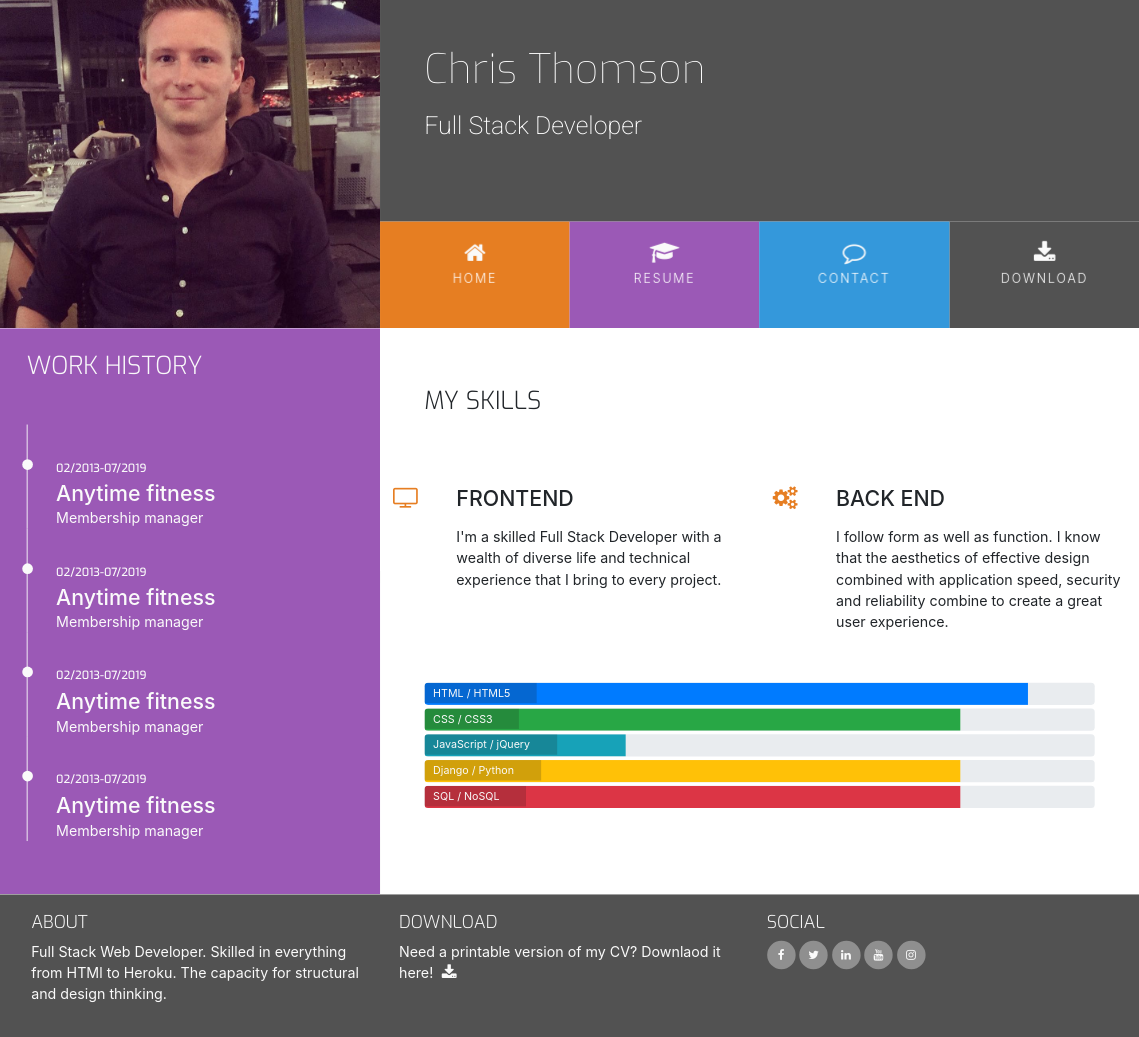
Repository: cthoms1993/Resume
Page: resume.html
The author's editor kept a record of every edit. The page is drawn from the files as they stood at one moment, then again after the next edit.
The browser window is 1280 px wide. The pictures show the whole page, at 89% of full size.

Above is the page before.

After the next edit:
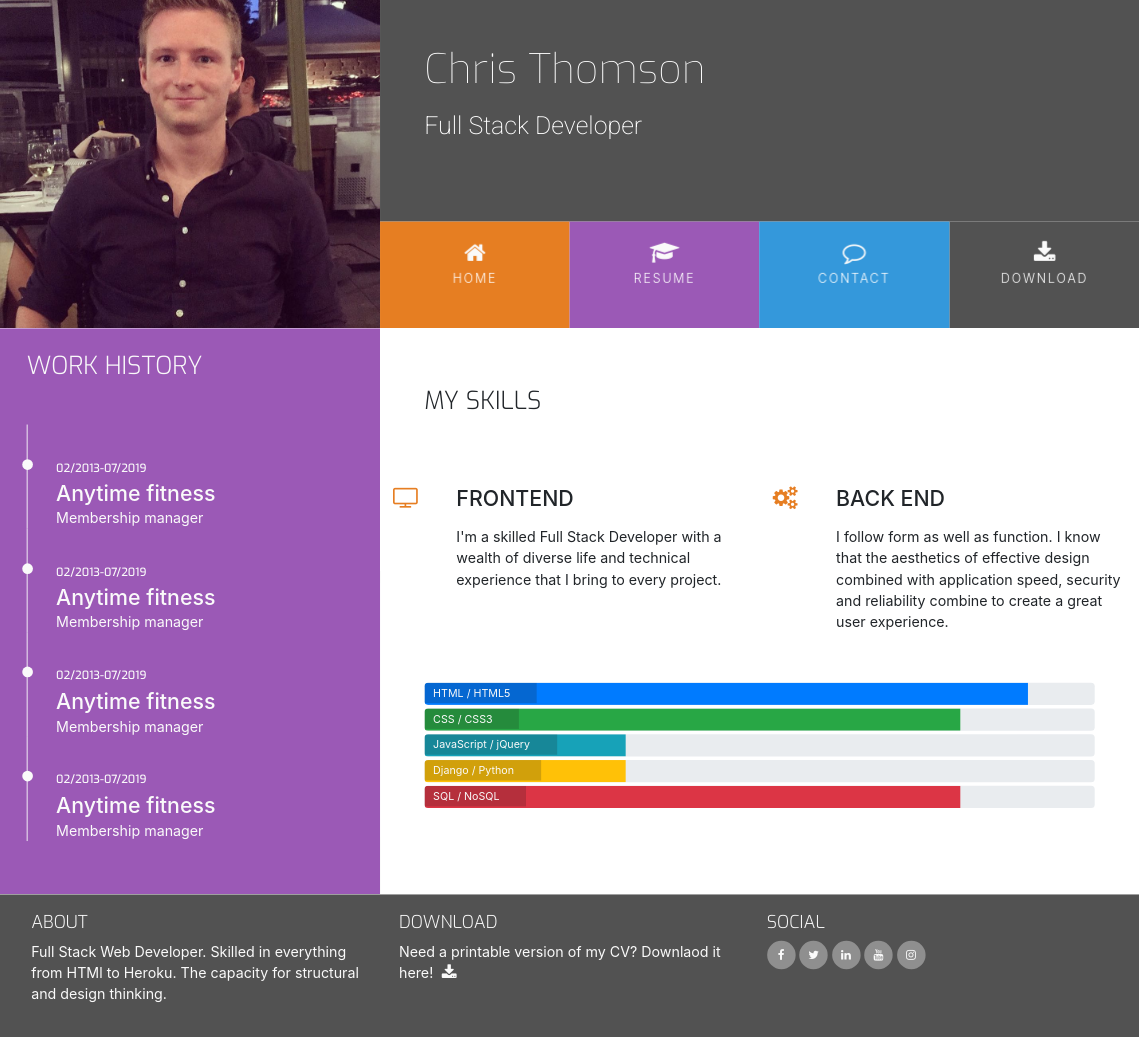
The edit:
--- a/resume.html
+++ b/resume.html
@@ -127,8 +127,8 @@
                             <span class="progress-type">JavaScript / jQuery</span>
                         </div>
                         <div class="progress">
-                            <div class="progress-bar bg-warning" role="progressbar" aria-valuenow="80" aria-valuemin="0" aria-valuemax="100" style="width:80%;">
-                                <span class="sr-only">80% complete</span>
+                            <div class="progress-bar bg-warning" role="progressbar" aria-valuenow="80" aria-valuemin="0" aria-valuemax="100" style="width:30%;">
+                                <span class="sr-only">30% complete</span>
                             </div>
                             <span class="progress-type">Django / Python</span>
                         </div>
